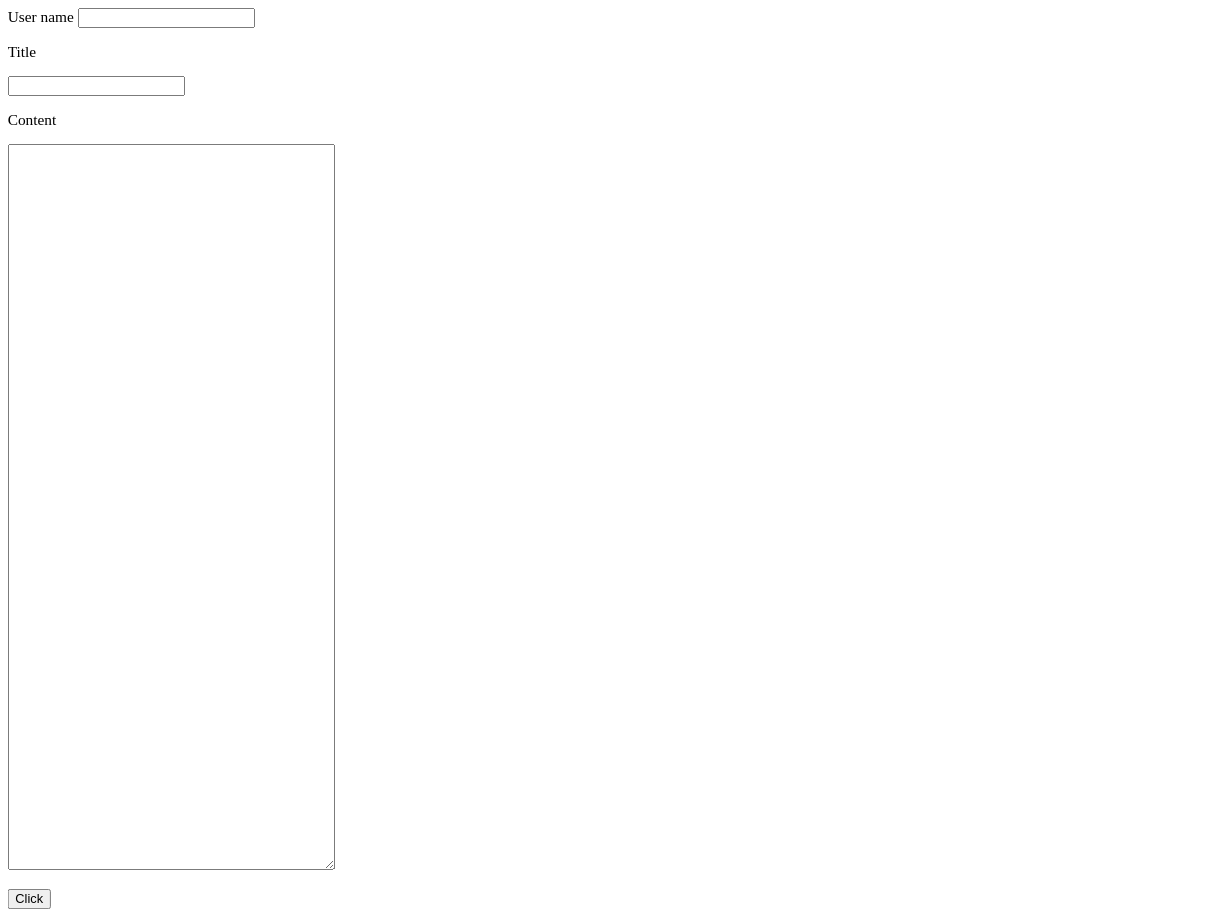
Repository: estellechoi/jsp-tutorials
Page: Tutorial/WebContent/input.html
The author's editor kept a copy of each file at every save. The page is drawn from the files as they stood at one save, then again after the next save.
The browser window is 1280 px wide. The pictures show the whole page, at 96% of full size.

Above is the page before, as saved 2019-06-11 05:17:04.

### Tutorial/WebContent/input.html
<!DOCTYPE html>
<html>
<head>
<meta charset="EUC-KR">
<title>Insert title here</title>
</head>
<body>
<form action="input.jsp" method="post">
User name <input type="text" id="user"> <p></p>
Title <p></p>
<input type="text" id="tilte"> <p></p>
Content <p></p>
<textarea name="" id="content" cols="40" rows="50"></textarea>
<p></p>
<input type="submit" value="Click">
</form>

</body>
</html>

After the next save:
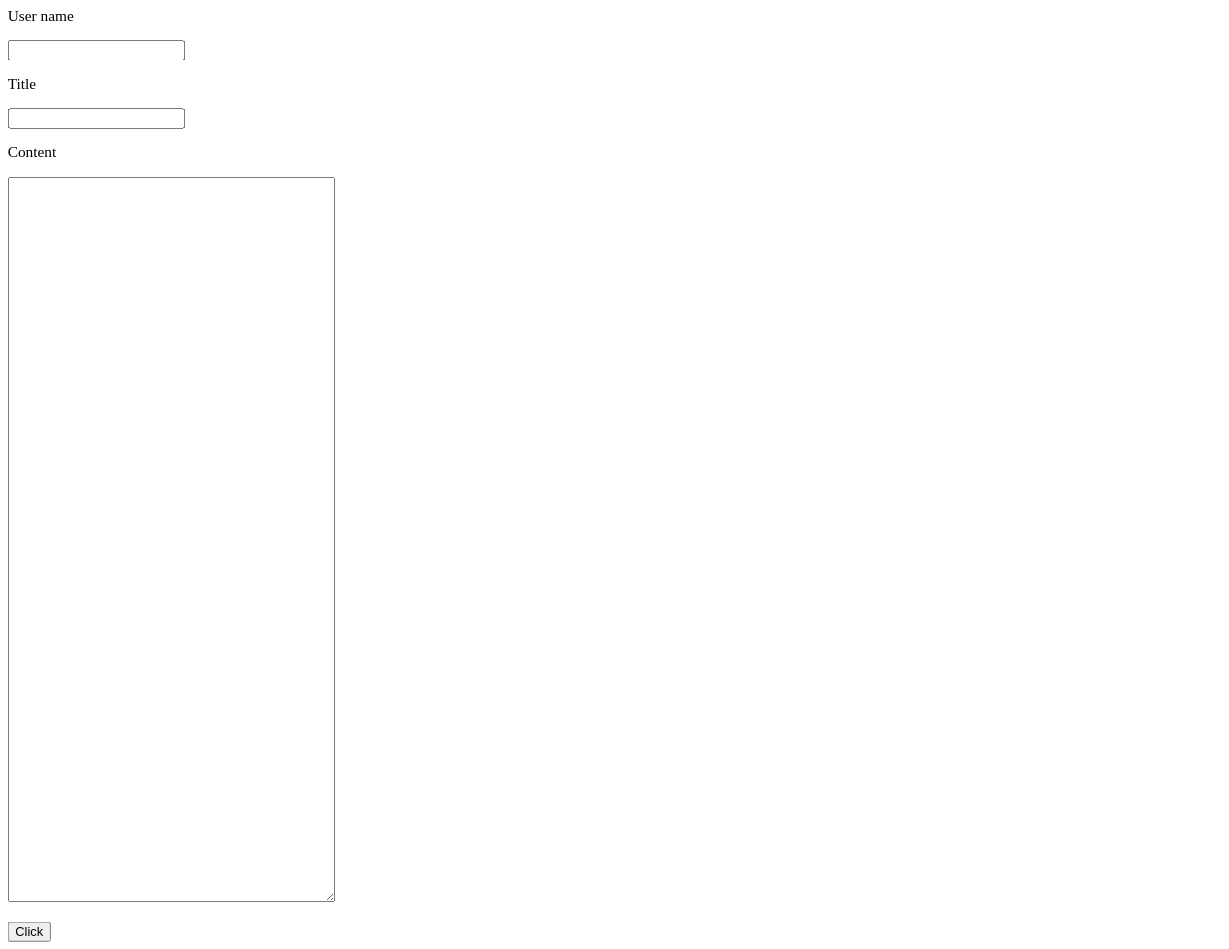
Saved 9 s later.
--- a/Tutorial/WebContent/input.html
+++ b/Tutorial/WebContent/input.html
@@ -6,7 +6,8 @@
 </head>
 <body>
 <form action="input.jsp" method="post">
-User name <input type="text" id="user"> <p></p>
+User name <p></p>
+<input type="text" id="user"> <p></p>
 Title <p></p>
 <input type="text" id="tilte"> <p></p>
 Content <p></p>
